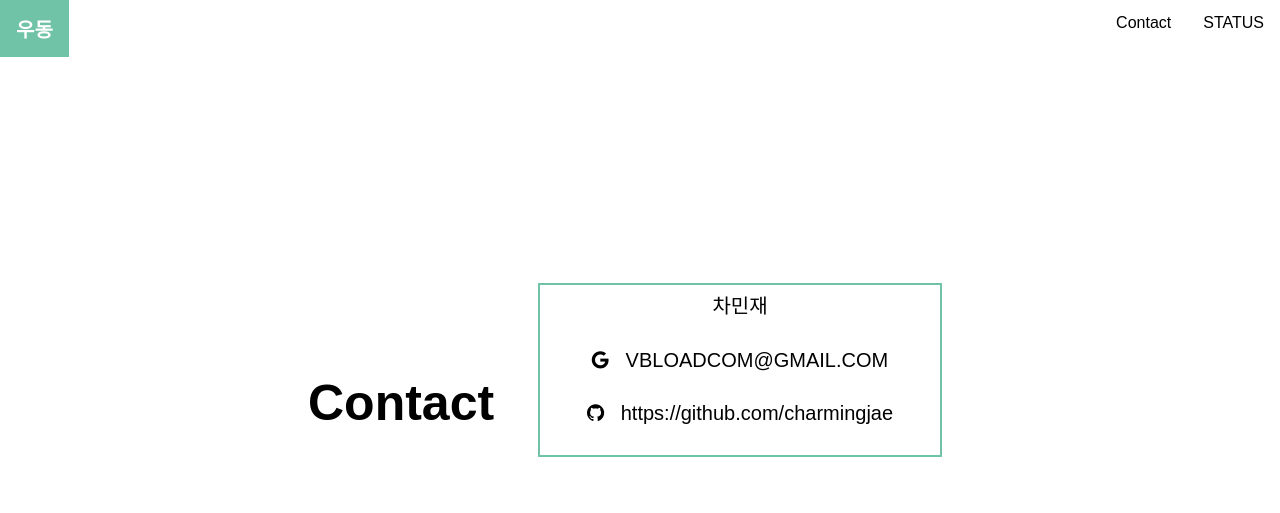
Repository: charmingjae/circles
Page: http://localhost/circles/root/contact.jsp
An editor plug-in stored every save of this project. The page is shown before and after the next save, followed by the edit.
The browser window is 1280 px wide. The pictures show the whole page.
Some web fonts or font styles are not loaded; a fallback is used. The page is served by Tomcat 9. Other server files are loaded and not shown.

Above is the page before, as saved 2020-07-09 15:07:18.

### circles/WebContent/root/contact.jsp
<%@ page language="java" contentType="text/html; charset=UTF-8"
    pageEncoding="UTF-8"%>
<!DOCTYPE html>
<html>
<head>
	<meta charset="UTF-8">
	<title>MOJUK</title>

	<!-- Link contact.css -->
	<link href="../css/contact.css" rel="stylesheet" type="text/css">

	<!-- font-awesome link -->
	 <link rel="stylesheet" type="text/css" href="https://maxcdn.bootstrapcdn.com/font-awesome/4.7.0/css/font-awesome.min.css">
</head>
<body>
	<!-- include header -->
	<%@include file ="../navbar/navbar.jsp" %>

	<form onsubmit="return false;" action="wrInfo.jsp" class="container" method="post" name="frmStuNo">
		<div class="container">
			<span id="head"> Contact </span>
			<div class="main">
				<span id="showEtc"> 차민재 </span>
				<span id="showEtc"><i class="fa fa-google" aria-hidden="true"></i> &nbsp VBLOADCOM@GMAIL.COM  </span>
				<span id="showEtc"><i class="fa fa-github" aria-hidden="true"></i> &nbsp https://github.com/charmingjae</span>
			</div>
		</div>
	</form>
</body>
</html>

### circles/WebContent/navbar/navbar.jsp
<%@ page language="java" contentType="text/html; charset=UTF-8"
    pageEncoding="UTF-8"%>
<!DOCTYPE html>
<html>
<head>
<meta charset="UTF-8">
<title></title>

	<!-- Link navbar.css -->
	<link href="../css/navbar.css" rel="stylesheet" type="text/css">
</head>
	<%
		String getSession = (String)session.getAttribute("userID");
	%>
<body>
	<ul id="main-menu">
		<li class="headName" id="main-menu1"><a href="../root/index.jsp" class="headName">우동</a></li>
		<%
			if((getSession != null) && (getSession.isEmpty() == false)){
				%>
				<li style="float:right" id="main-menu2"><a class="active" href="../root/admPg.jsp"><%=getSession %>님 환영합니다.</a>
					<ul id="sub-menu">
						<li><a class="subAct" href="../mojuk/member.jsp">🍀동아리원🍀</a></li>
						<li><a class="subAct" href="../proc/logout.jsp">로그아웃</a></li>
					</ul>
				</li>
				<%
			}
			else{

				%>
				<li style="float:right"><a class="active" href="../root/status.jsp">STATUS</a></li>
				<%
			}
		%>
		<li style="float:right"><a class="active" href="../root/contact.jsp">Contact</a></li>
	</ul>
</body>
</html>

### circles/WebContent/css/contact.css
@charset "UTF-8";


@import url(https://cdn.jsdelivr.net/gh/moonspam/NanumSquare@1.0/nanumsquare.css);

body {
    font-family: 'NanumSquare', sans-serif;
}

/* Chrome, iex, fire-fox Settings */
input:-ms-input-placeholder {color:#a8a8a8;}
input::-webkit-input-placeholder{color:#a8a8a8;}
input::-moz-placeholder{columns: #a8a8a8;}

/* Head Comment */
/* 나중에 px단위를 가변 단위로 바꿀 수 있으면 좋겠다. :-) */

html,body{
	height: 100%;
}

body{
	display:table-cell;
	margin: 0 auto;
}

/* .container{
	height: 100%;
	display: table-cell;
	vertical-align: middle;
	text-align:center;
} */

.container{
	display:inline-block;
	width:100%;
	position:absolute;
	left:50%;
	top:50%;
	transform: translate(-50%, -50%);
	vertical-align: middle;
	text-align:center;
}


/* Contact 관련 css */
#head{
	font-size: 50px;
	font-weight: bold;
}


/* 학번 입력 div Settings */
div .main{
	margin-left: 30px;
	margin-right: 30px;
	display:inline-block;
    height:100%;
    width: 400px;
    border: 2px solid #70c3a7;
    background: #ffffff;
    margin-top: 20px;
}


#showEtc{
	font-size:20px;
	display:block;
	margin-top : 5px;
	margin-bottom: 30px;
}

### circles/WebContent/css/navbar.css
@charset "UTF-8";

@import url(https://cdn.jsdelivr.net/gh/moonspam/NanumSquare@1.0/nanumsquare.css);

body {
    font-family: 'NanumSquare', sans-serif;
}

ul{
	width:100%;
	list-style-type: none;
	margin: 0;
	padding: 0;
	background-color: #ffffff;
	position:fixed;
}

li {
	float:none;
}

a {

  display: inline-block;
  color: black;
  text-align: center;
  padding: 14px 16px;
  text-decoration: none;
}

/* Change the link color to #111 (black) on hover */
a:hover {
  background-color: #70c3a7;
  color:#ffffff;
}

li .headName{
	font-weight: bold;
}

#sub-menu{
	position:absolute;
	opacity: 0;
	visibility: hidden;
}

#main-menu1{
	font-size: 20px;
}

#main-menu1, #main-menu2{
	float:left;
}

#main-menu2:hover #sub-menu{
	opacity:1;
	visibility:visible;
}
.subAct{
	width:130px !important;
}

After the next save:
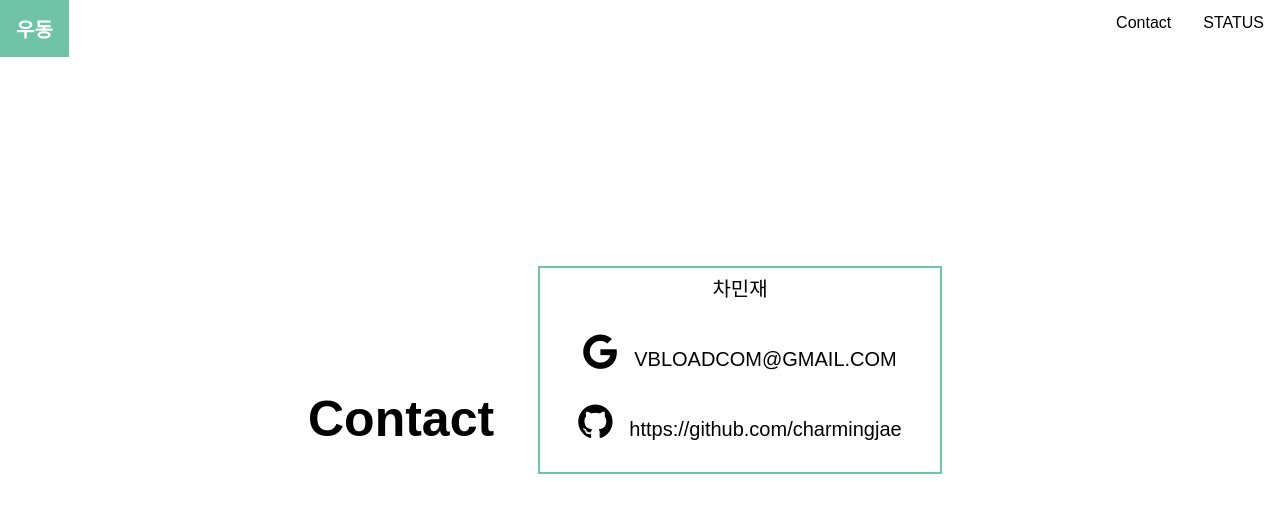
Saved 68 s later.
--- a/circles/WebContent/root/contact.jsp
+++ b/circles/WebContent/root/contact.jsp
@@ -21,8 +21,8 @@
 			<span id="head"> Contact </span>
 			<div class="main">
 				<span id="showEtc"> 차민재 </span>
-				<span id="showEtc"><i class="fa fa-google" aria-hidden="true"></i> &nbsp VBLOADCOM@GMAIL.COM  </span>
-				<span id="showEtc"><i class="fa fa-github" aria-hidden="true"></i> &nbsp https://github.com/charmingjae</span>
+				<span id="showEtc"><i class="fa fa-google fa-2x" aria-hidden="true"></i> &nbsp VBLOADCOM@GMAIL.COM  </span>
+				<span id="showEtc"><i class="fa fa-github fa-2x" aria-hidden="true"></i> &nbsp https://github.com/charmingjae</span>
 			</div>
 		</div>
 	</form>
